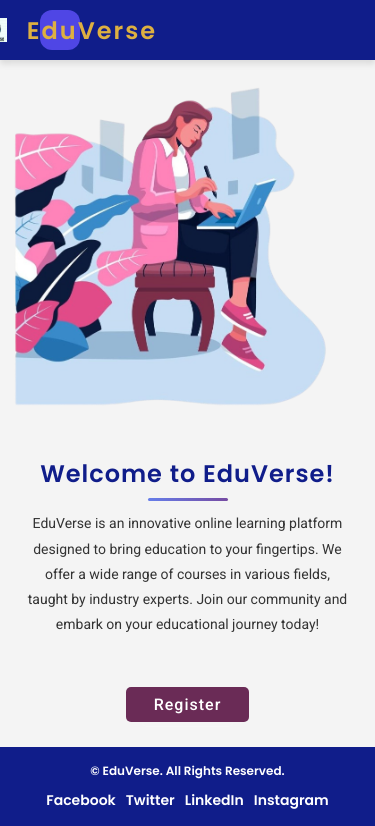
Repository: aviralsaxena16/Eduverse-Elearning-Platform
Page: /
The author's editor kept a copy of each file at every save. The page is drawn from the files as they stood at one save, then again after the next save.
The browser window is 375 px wide. The pictures show the whole page.
The project was rebuilt for these pictures with package versions that can differ from the ones it lists, and the page was loaded fresh each time. Also part of the build but not shown: vite.config.js, src/pages/LoginPage/Logout.css, src/pages/LoginPage/Logout.jsx, src/components/Side/Sidebar.css, src/components/Side/Sidebar.jsx, src/components/Navbar2/Navbar2.jsx, src/pages/MainPage/BotPage.jsx, src/pages/MainPage/MainPage.jsx and 19 more. Imported but missing from the stored project, and not drawn on this page: src/config.js, src/pages/Profile/ProfilePic.

Above is the page before, as saved 2025-03-21 18:04:05.

### index.html
<!doctype html>
<html lang="en">
  <head>
    <meta charset="UTF-8" />
    <link rel="icon" type="image/svg+xml" href="https://files.oaiusercontent.com/file-NUiUzAsg2Rnv5fLjRKBuEV?se=2025-01-03T04%3A50%3A28Z&sp=r&sv=2024-08-04&sr=b&rscc=max-age%3D604800%2C%20immutable%2C%20private&rscd=attachment%3B%20filename%3D9718d2ac-9ef9-426d-92ea-ecf0daa195a5.webp&sig=QLeTMO/ZWDLyk/UBXh9xFU5B15z5Ib/wuNILqFuiQV8%3D" />
    <meta name="viewport" content="width=device-width, initial-scale=1.0" />
    <link href="https://fonts.googleapis.com/css2?family=Poppins:wght@600&family=Roboto:wght@400;500&display=swap" rel="stylesheet">

    <title>EduVerse</title>
  </head>
  <body>
    <div id="root"></div>
    <script type="module" src="/src/main.jsx"></script>
  </body>
</html>

### src/App.jsx
//import LandingPage from './components/landingPage/LandingPage';
import { BrowserRouter } from 'react-router-dom';
import Routers from './routers/Routers.jsx';
import { AuthProvider } from './context/context.jsx';
const App = () => {
  return (
    <AuthProvider>
    <BrowserRouter>
    <Routers/>
    </BrowserRouter>
    </AuthProvider>
  )
}

export default App

### src/routers/Routers.jsx
import { Routes, Route} from 'react-router-dom';
import LandingPage from '../pages/landingPage/LandingPage.jsx';
import MainPage from '../pages/MainPage/MainPage.jsx';
import GamePage from '../pages/MainPage/GamePage.jsx';
import CoursePage from '../pages/MainPage/CoursePage.jsx';
import QuizPage from '../pages/MainPage/QuizPage/QuizPage.jsx';
import NotificationPage from '../pages/MainPage/NotificationPage.jsx';
import Login from '../pages/LoginPage/Login.jsx';
import Signup from '../pages/SignUp/Signup.jsx';
import Ques from '../pages/MainPage/QuizPage/Ques.jsx';
import ChatRoom from '../pages/MainPage/chatroom/ChatRoom.jsx';
import ProtectedRoute from './ProtectedRoute.jsx';
import VideoDetails from '../pages/MainPage/VideoDetails.jsx';
import Logout from '../pages/LoginPage/Logout.jsx';
import Game_H1 from '../pages/Game/Game_H1.jsx';
import Tictac from '../pages/Game/Tictac.jsx';
import Profile from '../pages/MainPage/Profile.jsx';
const Routers = () => {
  return (
    <Routes>
    <Route path="/" element={<LandingPage />} />
    <Route path="/login" element={<Login />} />
    <Route path="/register" element={<Signup />} />

    {/* Main Routes */}
    <Route path="/home" element={
          <ProtectedRoute>
            <MainPage />
          </ProtectedRoute>
        } />
    <Route path="/home/notification" element={
          <ProtectedRoute>
            <NotificationPage />
          </ProtectedRoute>
        } />
    <Route path="/home/course" element={
          <ProtectedRoute>
            <CoursePage />
          </ProtectedRoute>
        } />

<Route path="/home/course/video/:videoId" element={
          <ProtectedRoute>
            <VideoDetails />
          </ProtectedRoute>
        } />
    <Route path="/home/chat" element={
          <ProtectedRoute>
            <ChatRoom />
          </ProtectedRoute>
        } />
    <Route path="/home/quiz" element={
          <ProtectedRoute>
            <QuizPage />
          </ProtectedRoute>
        } />
    <Route path="/quiz/:id" element={
          <ProtectedRoute>
            <Ques />
          </ProtectedRoute>
        } />

<Route path="/logout" element={
          <ProtectedRoute>
            <Logout />
          </ProtectedRoute>
        } />
<Route path="/home/games" element={
          <ProtectedRoute>
            <GamePage />
          </ProtectedRoute>
        } />
      <Route path="/home/games/rock-paper-scissors" element={
          <ProtectedRoute>
            <Game_H1 />
          </ProtectedRoute>
        } />

<Route path="/home/games/tictac" element={
          <ProtectedRoute>
            <Tictac />
          </ProtectedRoute>
        } />
        <Route path="/home/profile" element={
          <ProtectedRoute>
           <Profile/>
          </ProtectedRoute>
        } />
  </Routes>


  );
};

export default Routers;

### src/context/context.jsx
import { createContext, useState, useContext } from 'react';

const AuthContext = createContext(null);

export const AuthProvider = ({ children }) => {
  const [isAuthenticated, setIsAuthenticated] = useState(false);

  const login = () => setIsAuthenticated(true);
  const logout = () => setIsAuthenticated(false);

  return (
    <AuthContext.Provider value={{ isAuthenticated, login, logout }}>
      {children}
    </AuthContext.Provider>
  );
};

export const useAuth = () => useContext(AuthContext);

### src/pages/landingPage/LandingPage.jsx

import Navbar from "./Navbar";
import Body from "./Body";
import Footer from "./Footer";

const LandingPage = () => {
  return (
    <div className="landing-page">
      <Navbar/>
      <Body/>
      <Footer/>
    </div>
  );
};

export default LandingPage;

### src/pages/landingPage/Navbar.jsx

import { NavLink } from "react-router-dom";
import "./Navbar.css";
import logo from '../../assets/Logo.png'

const Navbar = () => {
  return (
    <nav className="navbar">
      <div className="logo">
        <img src={logo} className="img"/>
          EduVerse</div>
      <ul className="nav-links">
        <li>
          <NavLink to="/login" className="nav-link" activeClassName="active">
            Login
          </NavLink>
        </li>
        <li>
          <NavLink to="/register" className="nav-link" activeClassName="active">
            Register
          </NavLink>
        </li>
      </ul>
    </nav>


  );
};

export default Navbar;

### src/pages/landingPage/Body.jsx

import { NavLink } from "react-router-dom";
import "./Body.css";

import cover from "../../assets/no_bg.png"; // Import the cover image
const Body = () => {
  return (
    <div className="body-section">
      <div className="image-section">
        {/* Use the imported cover image */}
        <img src={cover} alt="Cover" className="cover-image" />
      </div>
      <div className="intro">
        <h1>Welcome to EduVerse!</h1>
        <p>

          EduVerse is an innovative online learning platform designed to bring education to your fingertips. We offer a wide range of courses in various fields, taught by industry experts.  Join our community and embark on your educational journey today!
        </p>
        <button className="sign-in-btn"> <NavLink to="/register" className="nav-link" activeClassName="active">
            Register
          </NavLink></button>

      </div>
    </div>
  );
};

export default Body;

### src/pages/landingPage/Footer.jsx
import "./Footer.css";

const Footer = () => {
  return (
    <footer className="footer">
      <div className="footer-content">
        <p className="footer-text">© EduVerse. All Rights Reserved.</p>
        <span className="social-links">
          <a href="https://www.facebook.com" className="social-icon" target="_blank" rel="noopener noreferrer">Facebook</a>
          <a href="https://twitter.com" className="social-icon" target="_blank" rel="noopener noreferrer">Twitter</a>
          <a href="https://www.linkedin.com" className="social-icon" target="_blank" rel="noopener noreferrer">LinkedIn</a>
          <a href="https://www.instagram.com" className="social-icon" target="_blank" rel="noopener noreferrer">Instagram</a>
        </span>
      </div>
    </footer>
  );
};

export default Footer;

### src/pages/MainPage/QuizPage/quiz.css
.quiz-page {
  display: grid;
  grid-template-columns: repeat(auto-fill, minmax(280px, 1fr));
  gap: 2rem;
  padding: 2rem;
  max-width: 1600px;
  margin: 0 auto;
}


h1 {
  text-align: center;
  margin: 2rem 0;
  color: #2d3748;
  font-size: 2.5rem;
  font-weight: 700;
  position: relative;
}

h1::after {
  content: '';
  position: absolute;
  bottom: -10px;
  left: 50%;
  transform: translateX(-50%);
  width: 100px;
  height: 4px;
  background: linear-gradient(90deg, #667eea, #764ba2);
  border-radius: 2px;
}

.cardd {
  border-radius: 12px;
  overflow: hidden;
  box-shadow: 0 10px 20px rgba(0,0,0,0.1);
  transition: all 0.3s ease;
  cursor: pointer;
  position: relative;
  height: 250px;
}

.cardd:hover {
  transform: translateY(-10px);
  box-shadow: 0 15px 30px rgba(0,0,0,0.2);
}

.cardd::before {
  content: '';
  position: absolute;
  inset: 0;
  background: linear-gradient(to top, rgba(0,0,0,0.8) 0%, rgba(0,0,0,0) 60%);
  z-index: 1;
  opacity: 0.8;
  transition: opacity 0.3s ease;
}

.cardd:hover::before {
  opacity: 0.9;
}

/* Media Queries for Different Screen Sizes */
@media (max-width: 1200px) {
  .quiz-page {
    grid-template-columns: repeat(auto-fill, minmax(250px, 1fr));
    padding: 1.5rem;
  }
}

@media (max-width: 768px) {
  .quiz-page {
    grid-template-columns: repeat(auto-fill, minmax(220px, 1fr));
    gap: 1.5rem;
    padding: 1rem;
  }

  h1 {
    font-size: 2rem;
    margin: 1.5rem 0;
  }
}

@media (max-width: 480px) {
  .quiz-page {
    grid-template-columns: 1fr;
    gap: 1.2rem;
  }

  .cardd {
    height: 200px;
  }

  h1 {
    font-size: 1.8rem;
    margin: 1rem 0;
  }

  h1::after {
    width: 80px;
    height: 3px;
  }
}

/* Additional Styles for Your Card Component */
/* These would integrate with your Card component */
.card-title {
  position: absolute;
  bottom: 20px;
  left: 20px;
  color: white;
  font-size: 1.4rem;
  font-weight: 600;
  z-index: 2;
  transition: transform 0.3s ease;
}

.cardd:hover .card-title {
  transform: translateY(-5px);
}

.card-image {
  width: 100%;
  height: 100%;
  object-fit: cover;
  transition: transform 0.5s ease;
}

.cardd:hover .card-image {
  transform: scale(1.1);
}

### src/pages/MainPage/QuizPage/quiz_ques.css
/* Prevent horizontal scrolling */
html, body {
  margin: 0;
  padding: 0;
  width: 100vw;
  overflow-x: hidden;
}

/* quiz_ques.css */
* {
  margin: 0;
  padding: 0;
  box-sizing: border-box;
  font-family: 'Poppins', sans-serif;
}

.quiz-container {
  min-height: 100vh;
  width: 100%;
  max-width: 100vw;
  background: #f9f9f9;
  padding: 2rem;
  display: flex;
  flex-direction: column;
  align-items: center;
  justify-content: center;
}

.quiz-header {
  width: 100%;
  max-width: 800px;
  text-align: center;
  color: #333;
  margin-bottom: 1.5rem;
}

.quiz-header h1 {
  font-size: 2.5rem;
  margin-bottom: 1rem;
  color: #6c5ce7;
}

.quiz-header p {
  font-size: 1.1rem;
  color: #555;
}

.progress-bar {
  width: 100%;
  height: 8px;
  background: #ddd;
  border-radius: 10px;
  margin: 1.2rem 0;
  overflow: hidden;
}

.progress {
  height: 100%;
  background: #6c5ce7;
  transition: width 0.5s ease;
}

.timer {
  font-size: 1.3rem;
  font-weight: bold;
  color: #fff;
  background: #6c5ce7;
  padding: 0.4rem 1.2rem;
  border-radius: 15px;
  display: inline-block;
  margin: 1rem 0;
}

.quiz-question {
  width: 100%;
  max-width: 800px;
  background: rgba(255, 255, 255, 0.9);
  backdrop-filter: blur(10px);
  padding: 1.5rem;
  border-radius: 15px;
  color: #333;
  font-size: 1.2rem; /* Reduced from 1.3rem */
  line-height: 1.5;
  margin-bottom: 1.5rem;
  text-align: center;
  box-shadow: 0 5px 15px rgba(0, 0, 0, 0.1);
  border: 1px solid rgba(0, 0, 0, 0.1);
}

.quiz-options {
  width: 100%;
  max-width: 800px;
  display: grid;
  gap: 0.8rem; /* Reduced gap */
  margin-bottom: 1.5rem;
}

.quiz-option {
  width: 100%;
  padding: 0.8rem 1.5rem; /* Reduced padding */
  background: white;
  border: 2px solid #6c5ce7;
  border-radius: 10px; /* Slightly smaller */
  color: #333;
  font-size: 1rem; /* Reduced from 1.1rem */
  cursor: pointer;
  transition: all 0.3s ease;
  text-align: left;
}

.quiz-option:hover {
  background: #6c5ce7;
  color: white;
  transform: translateY(-3px);
}

.quiz-option.selected {
  background: #6c5ce7;
  color: white;
  border-color: #6c5ce7;
  transform: translateY(-3px);
  box-shadow: 0 5px 15px rgba(0, 0, 0, 0.2);
}

.next-button {
  width: 100%;
  max-width: 800px;
  padding: 0.8rem; /* Reduced size */
  background: #6c5ce7;
  color: white;
  border: none;
  border-radius: 10px;
  font-size: 1.1rem; /* Slightly smaller */
  font-weight: bold;
  cursor: pointer;
  transition: all 0.3s ease;
  margin-bottom: 1.5rem;
}

.next-button:disabled {
  background: #ccc;
  cursor: not-allowed;
}

.next-button:hover:not(:disabled) {
  transform: translateY(-3px);
  box-shadow: 0 5px 15px rgba(0, 0, 0, 0.2);
}

.quiz-completed {
  text-align: center;
  background: white;
  padding: 2.5rem;
  border-radius: 15px;
  color: #333;
  box-shadow: 0 8px 32px rgba(0, 0, 0, 0.1);
  border: 2px solid #6c5ce7;
  width: 100%;
  max-width: 800px;
}

.quiz-completed h2 {
  font-size: 2.5rem;
  margin-bottom: 1rem;
  color: #6c5ce7;
}

.quiz-completed h3 {
  font-size: 1.8rem;
  color: #333;
}

.quiz-footer {
  width: 100%;
  max-width: 800px;
  text-align: center;
  color: #777;
  font-style: italic;
}

@media (max-width: 850px) {
  .quiz-container {
    padding: 1rem;
  }

  .quiz-header h1 {
    font-size: 2rem;
  }

  .quiz-question {
    font-size: 1.1rem; /* Smaller on smaller screens */
    padding: 1.2rem;
  }

  .quiz-option {
    padding: 0.7rem 1.2rem; /* Adjusted */
    font-size: 0.95rem;
  }

  .quiz-completed {
    margin: 1rem;
    padding: 2rem;
  }
}

@media (max-width: 480px) {
  .quiz-header h1 {
    font-size: 1.8rem;
  }

  .quiz-question {
    font-size: 1rem;
    padding: 1rem;
  }

  .quiz-option {
    font-size: 0.9rem;
  }

  .quiz-completed h2 {
    font-size: 2rem;
  }

  .quiz-completed h3 {
    font-size: 1.5rem;
  }
}

### src/pages/Game/Game_H1.css
/* General Styling */
body {
    font-family: Arial, sans-serif;
    background-color: #f0f8f8;
    margin: 0;
    padding: 0;
  }

  /* Game Container */
  .game-container {
    min-height: 100vh;
          display: flex;
          flex-direction: column;
          align-items: center;
          background: #0f0c29;
          position: relative;
          overflow: hidden;
          padding: 40px 20px;
          text-align: center;
          font-family: 'Poppins', sans-serif;
  }

  /* Title */
  .game-title {
    color: #101d8a;
    font-size: 24px;
    font-weight: bold;
    margin-bottom: 20px;
  }

  /* Choices */
  .choices-container {
    display: flex;
    justify-content: center;
    gap: 15px;
    margin-bottom: 20px;
  }
  .choice-button { background: white; border: 2px solid #ddd; width: 200px; height: 200px; display: flex; justify-content: center; align-items: center; cursor: pointer; transition: all 0.3s ease; padding: 1rem; }

.choice-button:hover { transform: scale(1.1); border-color: #007bff; box-shadow: 0 6px 12px rgba(0, 0, 0, 0.1); }

.choice-image { width: 100%; height: 100%; }

.score-container { display: flex; justify-content: center; gap: 4rem; margin-bottom: 2rem; }



.score {
  text-align: center;
  padding: 1rem 2rem;
  border-radius: 8px;
  background-color: white;
  box-shadow: 0 2px 4px rgba(0, 0, 0, 0.1);
}

.score p:first-child {
  font-size: 2.5rem;
  font-weight: bold;
  margin: 0;
  color: #007bff;
}

.score p:last-child {
  margin: 0;
  color: #555;
  font-weight: bold;
}

.message-container {
  padding: 1rem;
  background-color: white;
  border-radius: 8px;
  box-shadow: 0 2px 4px rgba(0, 0, 0, 0.1);
}

.message-container p {
  font-size: 1.2rem;
  color: #333;
  margin: 0;
  font-weight: 500;
}

### src/pages/MainPage/Profile.css
:root {
  --primary-blue: #101d8a;
  --secondary-blue: #1a2ba3;
  --light-blue: #f0f2ff;
  --text-dark: #1a1a2e;
  --text-light: #4a4a68;
  --border-radius: 12px;
  --box-shadow: 0 10px 25px rgba(16, 29, 138, 0.15);
}

.profile-page-container {
  margin: auto;
  width: 60vw;
  max-width: 900px;
  background: white;
  border-radius: var(--border-radius);
  box-shadow: var(--box-shadow);
  padding: 2rem;
  text-align: center;
}

/* HEADER SECTION */
.profile-header {
  display: flex;
  align-items: center;
  justify-content: space-between;
  background: linear-gradient(135deg, var(--primary-blue), var(--secondary-blue));
  color: white;
  padding: 2rem;
  border-radius: var(--border-radius);
  text-align: left;
  position: relative;
}

.profile-info {
  display: flex;
  align-items: center;
  gap: 1rem;
}

/* PROFILE PICTURE */

/* PROFILE INFO CONTAINER */
.profile-info {
  display: flex;
  align-items: center;
  gap: 1.5rem; /* Adjusted spacing */
}


/* USER DETAILS */
.user-details {
  display: flex;
  flex-direction: column;
}

.user-details h2 {
  margin: 0;
  font-size: 1.8rem;
}

.email-link a {
  color: yellow;
  font-size: 1rem;
  text-decoration: none;
}

.email-link a:hover {
  text-decoration: underline;
}

/* PROFILE DETAILS SECTION */
.profile-details {
  margin-top: 2rem;
  text-align: left;
}

.profile-details label {
  font-weight: bold;
  display: block;
  margin-bottom: 0.3rem;
}

.profile-details p {
  background: var(--light-blue);
  padding: 0.7rem;
  border-radius: 8px;
}

/* BUTTON STYLING */
.button-container {
  display: flex;
  gap: 15px; /* Adjust spacing between buttons */
}

.edit-button,
.save-button {
  margin-top: 1rem;
  background-color: var(--primary-blue);
  color: white;
  border: none;
  padding: 0.6rem 1.5rem;
  border-radius: 8px;
  cursor: pointer;
  transition: all 0.3s ease;
}

.edit-button:hover,
.save-button:hover {
  background-color: var(--secondary-blue);
  transform: translateY(-2px);
}

### src/pages/landingPage/Navbar.css
/* Navbar.css */
.navbar {
  display: flex;
  justify-content: space-between;
  align-items: center;
  padding: 15px 30px;
  background-color: #101d8a; /* Teal background */
  color: white;
  box-shadow: 0 4px 6px rgba(0, 0, 0, 0.1);
}

.img{
  margin-left:20px;
  margin-right:20px;
}
.navbar .logo {
  margin-left: 100px;
  font-family: 'Poppins', sans-serif;
  font-size: 35px;
  font-weight: 600;
  color: #DEB041; /* Gold color for logo */
  letter-spacing: 2px;
}

.nav-links {
  list-style: none;
  display: flex;
  gap: 20px;
}

.nav-link {
  text-decoration: none;
  color: white;
  font-family: 'Roboto', sans-serif;
  font-size: 22px;
  font-weight: 500;
  padding: 10px 20px;
  border-radius: 5px;
  transition: background-color 0.3s ease;
  letter-spacing: 1px;
}

.nav-link:hover {
  background-color: #6A2B56; /* Purple hover effect */
}

.active {
  background-color: #DEB041; /* Gold active link color */
}
@media (max-width: 1024px) {
  .navbar .logo {
    margin-left: 20px;
    font-size: 30px;
  }

  .nav-link {
    font-size: 20px;
    padding: 8px 16px;
  }
}

@media (max-width: 768px) {
  .menu-toggle {
    display: block;
  }

  .nav-links {
    display: none;
    flex-direction: column;
    position: absolute;
    top: 70px;
    right: 0;
    width: 100%;
    background-color: #101d8a;
    text-align: center;
    gap: 0;
    box-shadow: 0 4px 6px rgba(0, 0, 0, 0.1);
  }

  .nav-links.active {
    display: flex;
  }

  .nav-link {
    padding: 15px;
    font-size: 18px;
    width: 100%;
    text-align: center;
    border-bottom: 1px solid rgba(255, 255, 255, 0.2);
  }

  .nav-link:hover {
    background-color: #6A2B56;
  }
}

@media (max-width: 480px) {
  .navbar {
    padding: 10px 20px;
  }

  .navbar .logo {
    font-size: 24px;
  }

  .nav-link {
    font-size: 16px;
    padding: 12px;
  }
}

### src/pages/landingPage/Body.css
/* Body.css */
.body-section {
  display: flex;
  flex-direction: row;
  justify-content: space-between;
  align-items: center;

  background-color: #f4f4f4;
  padding: 0; /* Remove extra padding from body */
  margin: 0; /* Remove margin */
}

.image-section {
  flex: 0.8;
  display: flex;
  align-items: flex-start;
  margin: 0; /* Remove any margin */
  padding: 0; /* Remove padding */
}

.cover-image {
  width: 100%;
  height: auto;
  margin: 0; /* Remove margin */
  padding: 0; /* Remove padding */

}

.cover-image::after {
  content: "";
  position: absolute;
  top: 0;
  left: 0;
  right: 0;
  bottom: 0;
  background: rgba(0, 0, 0, 0.4); /* Dark overlay for better text readability */
  border-radius: 10px;
}

.intro {
  flex: 1;
  padding: 20px;
  text-align: left;
  z-index: 10;
  display: flex;
  flex-direction: column;
  justify-content: center;
  align-items: center;
}

.intro h1 {
  font-family: 'Poppins', sans-serif;
  font-size: 40px;
  font-weight: 600;
  color: #101d8a;
  letter-spacing: 1px;
  margin-bottom: 20px;
}

.intro p {
  font-family: 'Roboto', sans-serif;
  font-size: 18px;
  color: #333;
  line-height: 1.8;
  margin-bottom: 40px;
  text-align: center; /* Center the text */
}

.sign-in-btn {
  padding: 15px 30px;
  background-color: #6A2B56; /* Purple button */
  color: white;
  border: none;
  border-radius: 5px;
  font-family: 'Roboto', sans-serif;
  font-size: 18px;
  cursor: pointer;
  transition: all 0.3s ease;
  letter-spacing: 1px;
  margin-top: 20px; /* Space above the button */
}

.sign-in-btn:hover {
  background-color: #DEB041; /* Gold hover effect */
  transform: scale(1.05);
  box-shadow: 0 4px 8px rgba(0, 0, 0, 0.2);
}

.sign-in-btn .nav-link {
  color: white;
  text-decoration: none;
}

.sign-in-btn .nav-link:hover {
  color: white;
}
@media (max-width: 1024px) {
  .body-section {
    flex-direction: column;
    align-items: center;
    text-align: center;
  }

  .image-section {
    flex: 1;
    justify-content: center;
  }

  .intro {
    flex: 1;
    padding: 15px;
    text-align: center;
  }

  .intro h1 {
    font-size: 35px;
  }

  .intro p {
    font-size: 16px;
  }

  .sign-in-btn {
    font-size: 16px;
    padding: 12px 25px;
  }
}

@media (max-width: 768px) {
  .intro h1 {
    font-size: 28px;
  }

  .intro p {
    font-size: 14px;
    margin-bottom: 30px;
  }

  .sign-in-btn {
    font-size: 14px;
    padding: 10px 20px;
  }
}

@media (max-width: 480px) {
  .body-section {
    flex-direction: column;
    padding: 10px;
  }

  .intro h1 {
    font-size: 24px;
  }

  .intro p {
    font-size: 14px;
  }

  .sign-in-btn {
    font-size: 14px;
    padding: 8px 16px;
  }
}

### src/pages/landingPage/Footer.css
/* Footer.css */
.footer {
  background-color: #101d8a; /* Teal background */
  color: white;

  text-align: center;
}

.footer-text {
  font-size: 16px;
  font-weight: 400;
  margin-bottom: 20px;
}

.social-links {
  display: flex;
  justify-content: center;
  gap: 15px;
}

.social-icon {
  color: white;
  font-size: 18px;
  text-decoration: none;
  transition: color 0.3s ease;
}

.social-icon:hover {
  color: #DEB041; /* Gold color on hover */
}

@media (max-width: 768px) {
  .footer-text {
    font-size: 14px;
    margin-bottom: 15px;
  }

  .social-links {
    gap: 10px;
  }

  .social-icon {
    font-size: 16px;
  }
}

@media (max-width: 480px) {
  .footer {
    padding: 15px;
  }

  .footer-text {
    font-size: 12px;
    margin-bottom: 10px;
  }

  .social-icon {
    font-size: 14px;
  }
}

### src/components/Navbar2/Navbar2.css
/* Navbar2.css */

body {
  margin: 0;
  font-family: 'Poppins', sans-serif;
}

nav {
  background:  #101d8a; /* Solid teal background */
  color: white;
  padding: 10px 20px;
  box-shadow: 0 4px 8px rgba(0, 0, 0, 0.2);
  position: sticky;
  top: 0;
  z-index: 1000;
}

.Nav2 {
  display: flex;
  align-items: center;
  justify-content: space-between;
  list-style: none;
  margin: 0;
  padding: 0;
}

.Nav2 li {
  display: inline-flex;
  align-items: center;
  justify-content: center;
  color: white;
  cursor: pointer;
  font-size: 24px;
  /* padding: 10px; */
  transition: all 0.3s ease;
}

.Nav2 li:hover {
  color: #DEB041; /* Gold hover effect */
}

.bars {
  font-size: 26px;
  margin-right: 85vw;
}

.search-container {
  display: flex;
  align-items: center;
  flex-grow: 1;
  margin: 0 20px;
}

.search-icon {
  font-size: 20px;
  color: white;
  margin-right: 8px;
}

.search-bar {
  width: 100%;
  max-width: 300px;
  padding: 8px 12px;
  font-size: 16px;
  border: 1px solid transparent;
  border-radius: 20px;
  background: rgba(255, 255, 255, 0.1);
  color: white;
  outline: none;
  transition: background 0.3s ease, box-shadow 0.3s ease;
}

.search-bar::placeholder {
  color: rgba(255, 255, 255, 0.6);
}

.search-bar:focus {
  background: white;
  color: #333;
  box-shadow: 0 0 8px rgba(255, 255, 255, 0.6);
}

.home, .profile {
  font-size: 26px;
}

.home{
  margin-right:0px;
}

@media screen and (max-width: 768px) {
  nav {
    background: #101d8a;
    color: white;
    padding: 10px 20px;
    box-shadow: 0 4px 8px rgba(0, 0, 0, 0.2);
    position: sticky;
    top: 0;
    z-index: 1000;
    width: 100%;
    box-sizing: border-box;
  }

  .Nav2 {
    flex-direction: row;
    gap: 5px;
    justify-content: space-between;
    width: 100%;
  }

  .search-container {
    flex-grow: 1;
    width: auto;
    margin: 0 10px;
  }

  .search-bar {
    max-width: 150px;
  }

  .bars {
    font-size: 20px;
    margin-right: 0;
  }

  .home, .profile {
    font-size: 20px;
    display: flex;
  }
}
/* Add a smaller breakpoint for very small screens */
@media screen and (max-width: 480px) {
  .search-bar {
    max-width: 120px;
  }

  .bars,
  .home,
  .profile {
    font-size: 18px;
  }
}

Loaded but not shown: src/main.jsx (common file); src/pages/LoginPage/Login.css (390 lines, source omitted); src/index.css (no stored copy; drawn as an empty file)

After the next save:
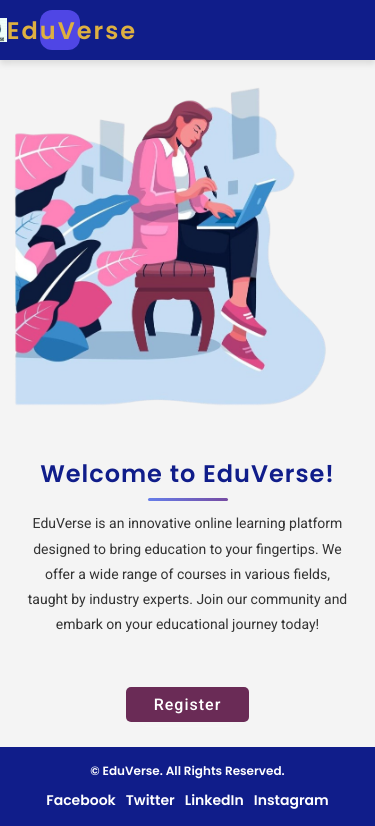
Saved 5 min 55 s later.
--- a/src/pages/landingPage/Navbar.css
+++ b/src/pages/landingPage/Navbar.css
@@ -4,35 +4,36 @@
   justify-content: space-between;
   align-items: center;
   padding: 15px 30px;
-  background-color: #101d8a; /* Teal background */
+  background-color: #101d8a;
   color: white;
   box-shadow: 0 4px 6px rgba(0, 0, 0, 0.1);
+  position: relative;
+  width: 100%;
 }
 
-.img{
-  margin-left:20px;
-  margin-right:20px;
-}
+/* Logo */
 .navbar .logo {
-  margin-left: 100px;
   font-family: 'Poppins', sans-serif;
   font-size: 35px;
   font-weight: 600;
-  color: #DEB041; /* Gold color for logo */
+  color: #DEB041;
   letter-spacing: 2px;
+  margin-left: 20px;
 }
 
+/* Navigation Links */
 .nav-links {
   list-style: none;
   display: flex;
   gap: 20px;
+  align-items: center;
 }
 
 .nav-link {
   text-decoration: none;
   color: white;
   font-family: 'Roboto', sans-serif;
-  font-size: 22px;
+  font-size: 20px;
   font-weight: 500;
   padding: 10px 20px;
   border-radius: 5px;
@@ -41,20 +42,58 @@
 }
 
 .nav-link:hover {
-  background-color: #6A2B56; /* Purple hover effect */
+  background-color: #6A2B56;
 }
 
-.active {
-  background-color: #DEB041; /* Gold active link color */
+/* Login & Register Buttons */
+.auth-buttons {
+  display: flex;
+  gap: 10px;
 }
+
+.auth-button {
+  text-decoration: none;
+  font-family: 'Roboto', sans-serif;
+  font-size: 18px;
+  font-weight: 500;
+  padding: 10px 15px;
+  border-radius: 5px;
+  transition: background-color 0.3s ease;
+  text-align: center;
+}
+
+.login {
+  background-color: #DEB041;
+  color: #101d8a;
+}
+
+.register {
+  background-color: #6A2B56;
+  color: white;
+}
+
+.login:hover {
+  background-color: #c79836;
+}
+
+.register:hover {
+  background-color: #4e1f41;
+}
+
+/* Mobile Menu Toggle */
+.menu-toggle {
+  display: none;
+  font-size: 30px;
+  cursor: pointer;
+  color: white;
+  background: none;
+  border: none;
+}
+
+/* Responsive Design */
 @media (max-width: 1024px) {
-  .navbar .logo {
-    margin-left: 20px;
-    font-size: 30px;
-  }
-
   .nav-link {
-    font-size: 20px;
+    font-size: 18px;
     padding: 8px 16px;
   }
 }
@@ -82,15 +121,25 @@
   }
 
   .nav-link {
-    padding: 15px;
-    font-size: 18px;
     width: 100%;
     text-align: center;
+    font-size: 18px;
+    padding: 15px;
     border-bottom: 1px solid rgba(255, 255, 255, 0.2);
   }
 
-  .nav-link:hover {
-    background-color: #6A2B56;
+  /* Ensure Login and Register buttons are visible in mobile menu */
+  .auth-buttons {
+    display: flex;
+    flex-direction: column;
+    width: 100%;
+    padding: 10px;
+  }
+
+  .auth-button {
+    font-size: 16px;
+    padding: 12px;
+    margin: 5px 0;
   }
 }
 
@@ -107,4 +156,9 @@
     font-size: 16px;
     padding: 12px;
   }
+
+  .auth-button {
+    font-size: 14px;
+    padding: 10px;
+  }
 }
